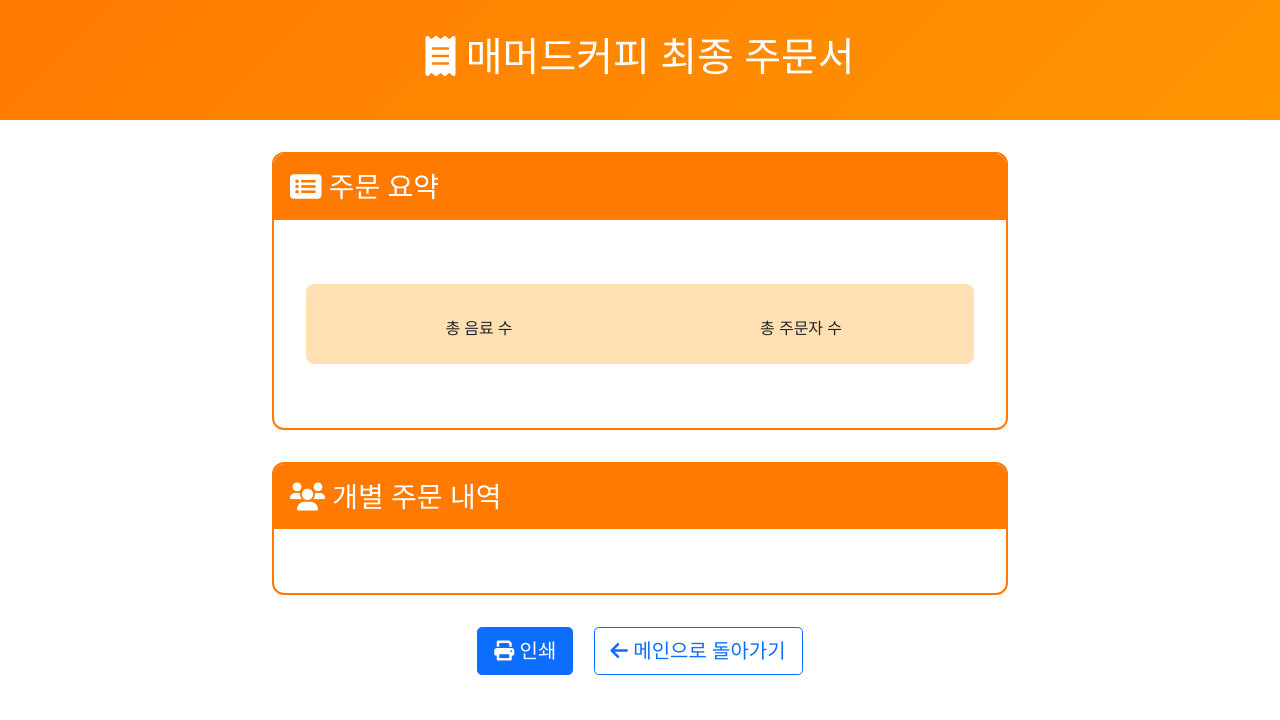
Repository: JohnBaeGH/mammoth-coffee-order
Page: templates/final_order.html
These files come from the project's save history. The page is drawn as it stood at one moment and after the next save; the edit follows.
The browser window is 1280 px wide. The pictures show the whole page.
The page is served by the project's application, run on Flask 3 (app.py). The template is opened directly, without the code that normally fills it, so the values that code supplies are empty.

Above is the page before, as saved 2025-07-06 02:19:40.

### templates/final_order.html
<!DOCTYPE html>
<html lang="ko">
<head>
    <meta charset="UTF-8">
    <meta name="viewport" content="width=device-width, initial-scale=1.0">
    <title>최종 주문서 - MAMMOTH COFFEE</title>
    <link href="https://cdn.jsdelivr.net/npm/bootstrap@5.1.3/dist/css/bootstrap.min.css" rel="stylesheet">
    <link href="https://cdnjs.cloudflare.com/ajax/libs/font-awesome/6.0.0/css/all.min.css" rel="stylesheet">
    <style>
        :root {
            --mammoth-orange: #FF7A00;
            --mammoth-light: #FFE0B2;
            --text-dark: #333333;
            --text-light: #666666;
            --bg-light: #FFFFFF;
            --border-color: #EEEEEE;
        }

        body {
            background-color: var(--bg-light);
            font-family: 'Segoe UI', Tahoma, Geneva, Verdana, sans-serif;
        }

        .header {
            background: linear-gradient(135deg, var(--mammoth-orange), #FF9500);
            color: white;
            padding: 2rem 0;
            text-align: center;
            margin-bottom: 2rem;
        }

        .order-card {
            border: 2px solid var(--mammoth-orange);
            border-radius: 12px;
            margin-bottom: 2rem;
        }

        .order-header {
            background-color: var(--mammoth-orange);
            color: white;
            padding: 1rem;
            border-radius: 10px 10px 0 0;
        }

        .order-body {
            padding: 2rem;
        }

        .summary-item {
            background-color: #f8f9fa;
            border-left: 4px solid var(--mammoth-orange);
            padding: 1rem;
            margin-bottom: 1rem;
            border-radius: 0 8px 8px 0;
        }

        .total-section {
            background-color: var(--mammoth-light);
            padding: 1.5rem;
            border-radius: 8px;
            margin: 2rem 0;
        }

        .individual-order {
            border: 1px solid var(--border-color);
            border-radius: 8px;
            padding: 1rem;
            margin-bottom: 1rem;
        }

        @media print {
            .no-print {
                display: none !important;
            }

            body {
                background: white !important;
            }

            .order-card {
                border: 1px solid #000 !important;
                break-inside: avoid;
            }
        }
    </style>
</head>
<body>
    <!-- Header -->
    <div class="header">
        <div class="container">
            <h1><i class="fas fa-receipt"></i> 매머드커피 최종 주문서</h1>
            <p class="mb-0">{{ current_time.strftime('%Y년 %m월 %d일 %H:%M') }}</p>
        </div>
    </div>

    <div class="container">
        <div class="row">
            <div class="col-lg-8 mx-auto">
                <div class="order-card">
                    <div class="order-header">
                        <h3 class="mb-0"><i class="fas fa-list-alt"></i> 주문 요약</h3>
                    </div>
                    <div class="order-body">
                        <!-- ICE 음료 요약 -->
                        {% if ice_orders %}
                            <div class="summary-item">
                                <h5><i class="fas fa-snowflake text-primary"></i> ICE 음료</h5>
                                {% for drink, count in ice_orders.items() %}
                                    <div class="d-flex justify-content-between">
                                        <span>{{ drink }}</span>
                                        <strong>{{ count }}잔</strong>
                                    </div>
                                {% endfor %}
                            </div>
                        {% endif %}

                        <!-- HOT 음료 요약 -->
                        {% if hot_orders %}
                            <div class="summary-item">
                                <h5><i class="fas fa-fire text-danger"></i> HOT 음료</h5>
                                {% for drink, count in hot_orders.items() %}
                                    <div class="d-flex justify-content-between">
                                        <span>{{ drink }}</span>
                                        <strong>{{ count }}잔</strong>
                                    </div>
                                {% endfor %}
                            </div>
                        {% endif %}

                        <!-- 총계 -->
                        <div class="total-section">
                            <div class="row text-center">
                                <div class="col-6">
                                    <h4 class="text-primary">{{ total_drinks }}</h4>
                                    <p class="mb-0">총 음료 수</p>
                                </div>
                                <div class="col-6">
                                    <h4 class="text-primary">{{ total_people }}</h4>
                                    <p class="mb-0">총 주문자 수</p>
                                </div>
                            </div>
                        </div>
                    </div>
                </div>

                <!-- 개별 주문 내역 -->
                <div class="order-card">
                    <div class="order-header">
                        <h3 class="mb-0"><i class="fas fa-users"></i> 개별 주문 내역</h3>
                    </div>
                    <div class="order-body">
                        {% for name, (drink, temp, note) in orders.items() %}
                            <div class="individual-order">
                                <div class="d-flex justify-content-between align-items-start">
                                    <div>
                                        <h5 class="mb-1">{{ name }}</h5>
                                        <p class="mb-1">
                                            <strong>{{ drink }}</strong>
                                            <span class="badge bg-{{ 'primary' if temp == 'ICE' else 'danger' }} ms-2">
                                                {{ temp }}
                                            </span>
                                        </p>
                                        {% if note %}
                                            <small class="text-muted">
                                                <i class="fas fa-comment"></i> 요청사항: {{ note }}
                                            </small>
                                        {% endif %}
                                    </div>
                                </div>
                            </div>
                        {% endfor %}
                    </div>
                </div>

                <!-- 버튼 -->
                <div class="text-center no-print">
                    <button onclick="window.print()" class="btn btn-primary btn-lg me-3">
                        <i class="fas fa-print"></i> 인쇄
                    </button>
                    <a href="{{ url_for('index') }}" class="btn btn-outline-primary btn-lg">
                        <i class="fas fa-arrow-left"></i> 메인으로 돌아가기
                    </a>
                </div>
            </div>
        </div>
    </div>

    <script src="https://cdn.jsdelivr.net/npm/bootstrap@5.1.3/dist/js/bootstrap.bundle.min.js"></script>
</body>
</html>

### app.py
from flask import Flask, render_template, request, redirect, url_for, session, flash, jsonify, send_from_directory
from collections import defaultdict
import os
from datetime import datetime

app = Flask(__name__)
app.secret_key = 'mammoth_coffee_secret_key_2024'

# 메뉴 데이터
MENU = {
    "커피": [
        "아메리카노", "꿀 커피", "아몬드 아메리카노", "아샷추 아이스티", "카페 라떼",
        "카푸치노", "꿀 라떼", "아몬드 라떼", "바닐라 라떼", "꿀바나 라떼",
        "카라멜 마키아토", "카페 모카", "티라미수 라떼", "헤이즐넛 커피",
        "코코넛 사이공 라떼", "헤이즐넛 모카", "돌체 라떼", "달고나 카페라떼",
        "믹스 커피", "디카페인 아메리카노", "디카페인 꿀 커피", "디카페인 아몬드 아메리카노",
        "디카페인 꿀 라떼", "디카페인 카푸치노", "디카페인 카페 라떼",
        "디카페인 아몬드 라떼", "디카페인 바닐라 라떼", "디카페인 카라멜 마키아토",
        "디카페인 카페 모카", "디카페인 티라미수 라떼", "디카페인 꿀바나 라떼",
        "디카페인 헤이즐넛 커피", "디카페인 코코넛 사이공 라떼", "디카페인 헤이즐넛 모카",
        "디카페인 돌체 라떼", "디카페인 달고나 카페라떼", "디카페인 아샷추 아이스티"
    ],
    "콜드브루": [
        "콜드브루", "콜드브루 라떼", "돌체 콜드브루 라떼", "아몬드 크림 콜드브루",
        "레몬토닉 콜드브루", "코코넛 크림 콜드브루 라떼", "디카페인 콜드브루",
        "디카페인 콜드브루 라떼", "디카페인 돌체 콜드브루 라떼",
        "디카페인 아몬드 크림 콜드브루", "디카페인 레몬토닉 콜드브루",
        "디카페인 코코넛 크림 콜드브루 라떼"
    ],
    "논커피": [
        "그린티 라떼", "초코 라떼", "딸기 크림 라떼", "차이티 라떼",
        "콩가루 라떼", "옥수수 라떼", "고구마 라떼", "메론바나 라떼"
    ],
    "티": [
        "리얼 레몬티", "페퍼민트티", "캐모마일티", "레몬&오렌지티", "얼그레이티",
        "페퍼민트 라임티", "오렌지 아일랜드티", "우롱 밀크티", "복숭아 아이스티",
        "라임레몬 깔라만시티", "라임티", "유자티", "자몽티", "제주 한라봉티", "제주청귤티"
    ],
    "에이드": [
        "매머드 파워드링크", "제로 체리콕 에이드", "제로 복숭아 아이스티",
        "블루레몬 에이드", "청포도 에이드", "수박 주스", "자몽 에이드",
        "라임레몬 깔라만시 에이드", "라임 에이드", "유자 에이드", "자몽 에이드",
        "제주 한라봉 에이드", "제주청귤 에이드"
    ],
    "프라페·블렌디드": [
        "코코넛 커피 스무디", "딸기 스무디", "플레인 요거트 스무디",
        "쿠앤크 프라페", "자바칩 프라페", "피스타치오 프라페"
    ]
}

@app.route('/')
def index():
    if 'orders' not in session:
        session['orders'] = {}
    if 'drink_counts' not in session:
        session['drink_counts'] = defaultdict(int)
    return render_template('index.html', menu=MENU, orders=session['orders'])

@app.route('/add_order', methods=['POST'])
def add_order():
    name = request.form.get('name', '').strip()
    drink = request.form.get('drink', '').strip()
    temperature = request.form.get('temperature', 'ICE')
    request_note = request.form.get('request_note', '').strip()

    if not name or not drink:
        flash('이름과 음료를 모두 입력해주세요.', 'error')
        return redirect(url_for('index'))

    # drink_counts를 일반 dict로 변환 (문자열 키 사용)
    drink_counts = dict(session.get('drink_counts', {}))

    # 기존 주문이 있으면 카운트 감소
    if name in session['orders']:
        old_drink, old_temp, _ = session['orders'][name]
        old_key = f"{old_drink}|{old_temp}"
        if old_key in drink_counts:
            drink_counts[old_key] -= 1
            if drink_counts[old_key] == 0:
                del drink_counts[old_key]

    # 새 주문 추가
    session['orders'][name] = (drink, temperature, request_note)
    new_key = f"{drink}|{temperature}"
    drink_counts[new_key] = drink_counts.get(new_key, 0) + 1

    # 업데이트된 drink_counts를 세션에 저장
    session['drink_counts'] = drink_counts

    flash(f'{name}님의 주문이 추가되었습니다! ({drink} {temperature})', 'success')
    return redirect(url_for('index'))

@app.route('/delete_order/<name>')
def delete_order(name):
    if name in session['orders']:
        drink, temp, _ = session['orders'][name]
        drink_counts = dict(session.get('drink_counts', {}))
        key = f"{drink}|{temp}"

        if key in drink_counts:
            drink_counts[key] -= 1
            if drink_counts[key] == 0:
                del drink_counts[key]

        session['drink_counts'] = drink_counts
        del session['orders'][name]
        flash(f'{name}님의 주문이 삭제되었습니다.', 'success')
    return redirect(url_for('index'))

@app.route('/reset_orders')
def reset_orders():
    session['orders'] = {}
    session['drink_counts'] = {}
    flash('모든 주문이 초기화되었습니다.', 'success')
    return redirect(url_for('index'))

@app.route('/final_order')
def final_order():
    if not session['orders']:
        flash('주문 내역이 없습니다.', 'error')
        return redirect(url_for('index'))

    # drink_counts를 안전하게 가져오기
    drink_counts = session.get('drink_counts', {})

    # 주문 요약 생성 (문자열 키 파싱)
    hot_orders = {}
    ice_orders = {}

    for key, count in drink_counts.items():
        if '|' in key:
            drink, temp = key.split('|', 1)
            if temp == "HOT":
                hot_orders[drink] = count
            elif temp == "ICE":
                ice_orders[drink] = count

    total_drinks = sum(drink_counts.values())
    total_people = len(session['orders'])

    # 현재 시간 추가
    from datetime import datetime
    current_time = datetime.now()

    return render_template('final_order.html',
                         orders=session['orders'],
                         hot_orders=hot_orders,
                         ice_orders=ice_orders,
                         total_drinks=total_drinks,
                         total_people=total_people,
                         current_time=current_time)

@app.route('/images/<filename>')
def serve_image(filename):
    """이미지 파일을 제공하는 라우트"""
    return send_from_directory('images', filename)

if __name__ == '__main__':
    app.run(debug=True, host='0.0.0.0', port=int(os.environ.get('PORT', 5000)))

After the next save:
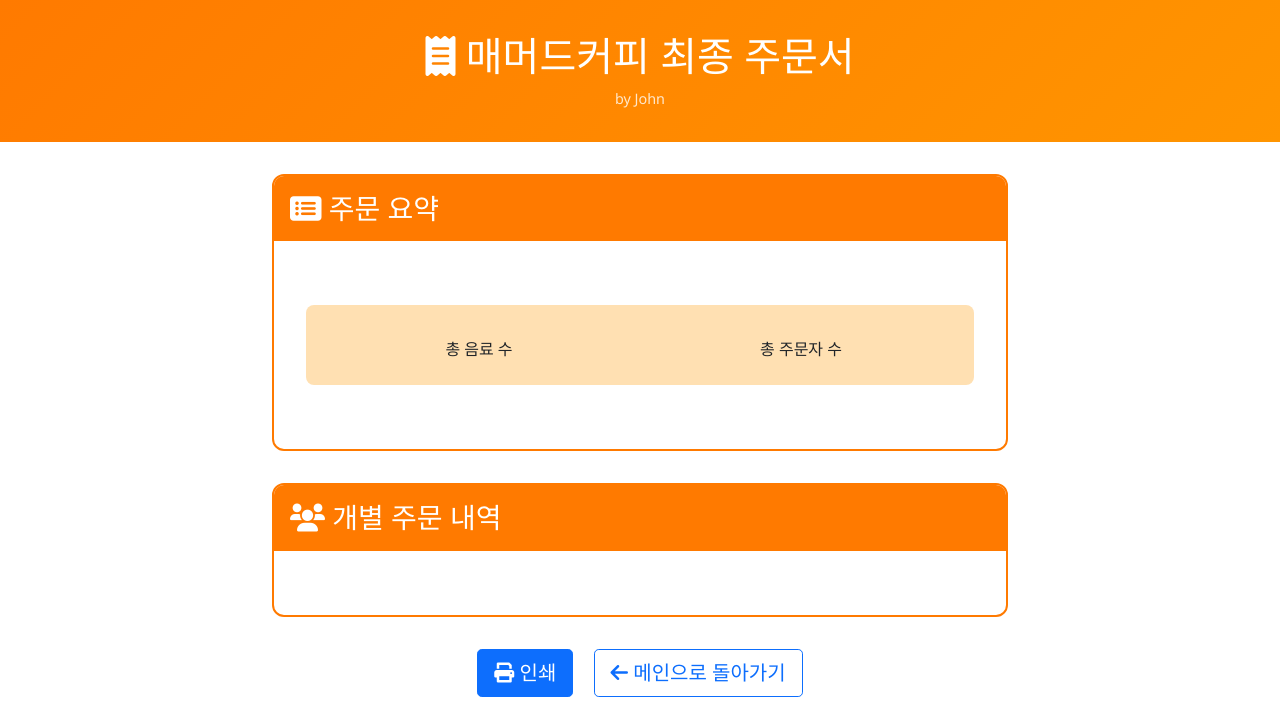
Saved 5 s later.
--- a/templates/final_order.html
+++ b/templates/final_order.html
@@ -90,6 +90,7 @@
         <div class="container">
             <h1><i class="fas fa-receipt"></i> 매머드커피 최종 주문서</h1>
             <p class="mb-0">{{ current_time.strftime('%Y년 %m월 %d일 %H:%M') }}</p>
+            <p class="mb-0 mt-2" style="font-size: 0.9em; opacity: 0.8;">by John</p>
         </div>
     </div>
 
